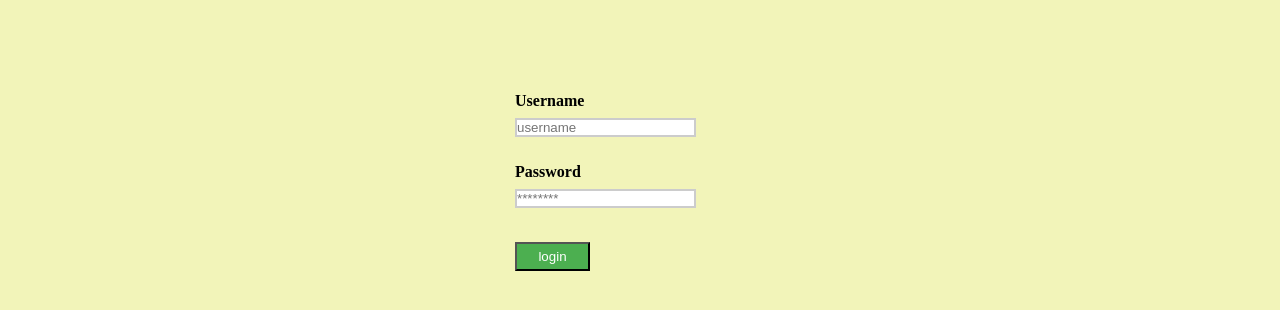
Repository: SriMerla/ServletsAndJsps
Page: http://localhost/WebApplicationProject/roles.jsp
An editor plug-in stored every save of this project. The page is shown before and after the next save, followed by the edit.
The browser window is 1280 px wide. The pictures show the whole page.
The page is served by Tomcat 9.

Above is the page before, as saved 2020-01-30 04:01:19.

After the next save:
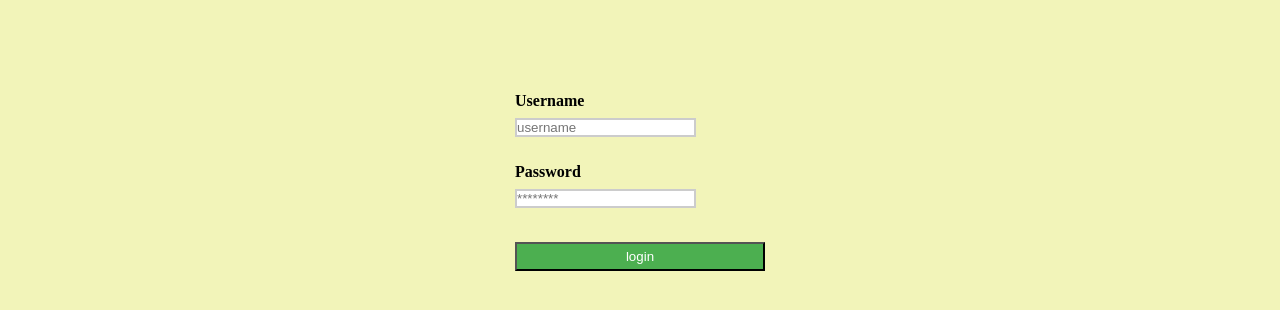
Saved 112 s later.
--- a/Servlets/WebApplicationProject/WebContent/global.css
+++ b/Servlets/WebApplicationProject/WebContent/global.css
@@ -34,6 +34,6 @@ input[type=submit]{
 	padding: 5px 20px;
 	margin: 8px 0;
 	cursor: pointer;
-	width: 30%;
+	width: 100%;
 
 }
